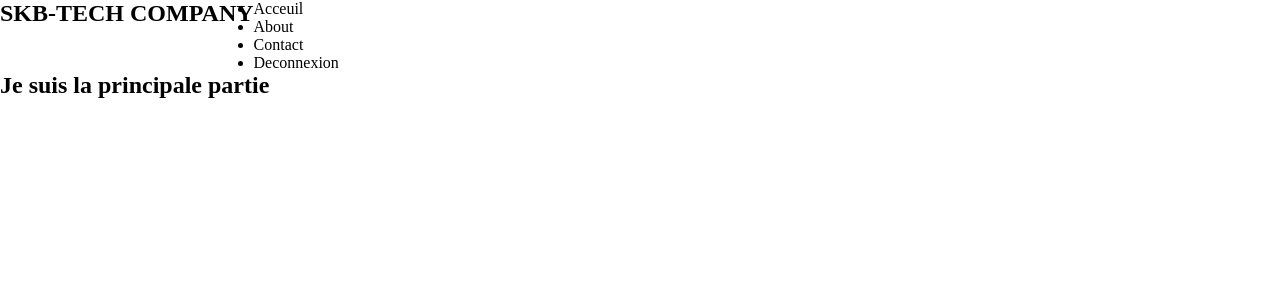
Repository: SKB-TECH/projetExpress
Page: http://localhost/
An editor plug-in stored every save of this project. The page is shown before and after the next save, followed by the edit.
The browser window is 1280 px wide. The pictures show the whole page.
The page is served by the project's Node server (server.js).

Above is the page before, as saved 2022-10-21 15:07:19.

After the next save:
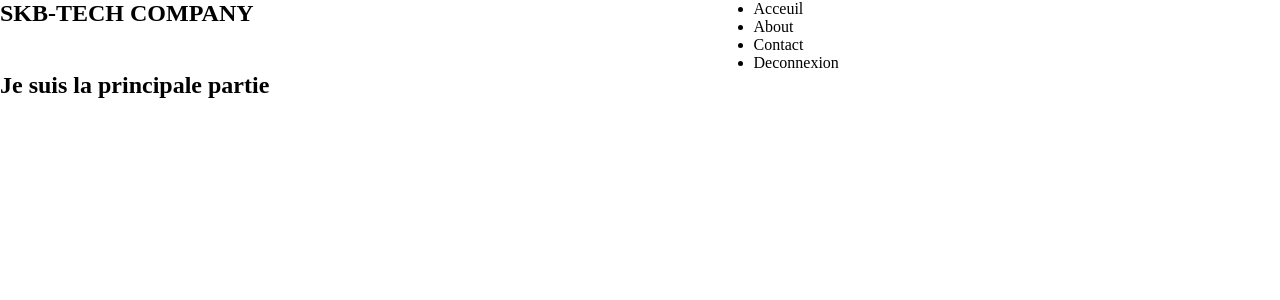
Saved 4 s later.
--- a/assets/css/style.css
+++ b/assets/css/style.css
@@ -11,7 +11,7 @@
 
 nav {
     display: flex;
-    flex-direction:row;
+    flex-direction: row;
     justify-content: space-between;
-    gap: ;
+    gap: 500px;
 }

After the save that followed:
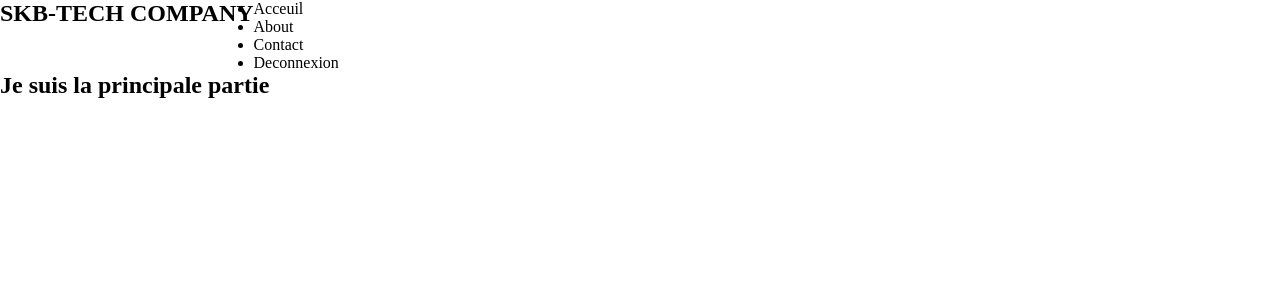
Saved 13 s later.
--- a/assets/css/style.css
+++ b/assets/css/style.css
@@ -13,5 +13,4 @@
     display: flex;
     flex-direction: row;
     justify-content: space-between;
-    gap: 500px;
 }
